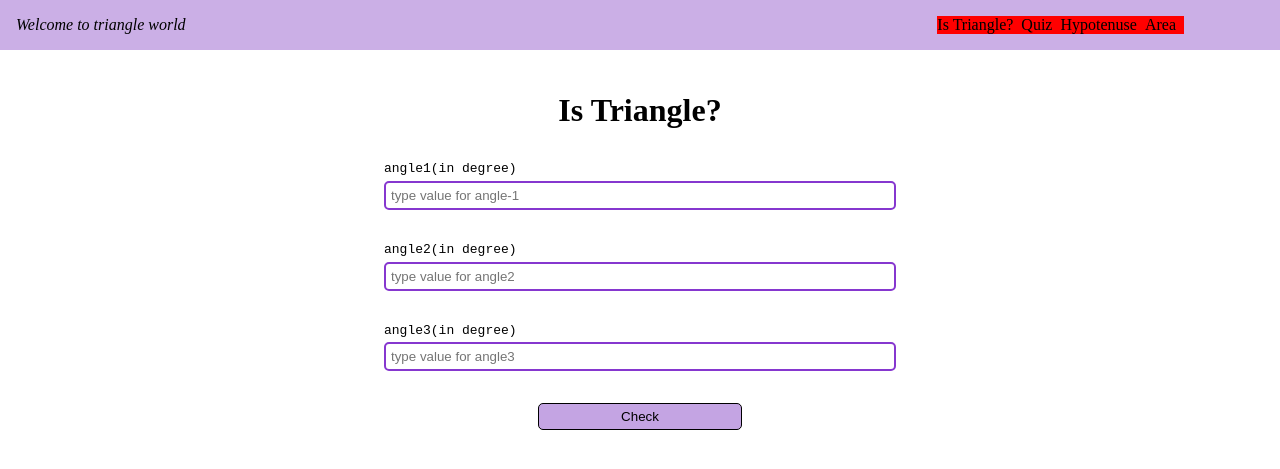
Repository: patelamancode/Fun-with-trianles
Page: index.html
The author's editor kept a copy of each file at every save. The page is drawn from the files as they stood at one save, then again after the next save.
The browser window is 1280 px wide. The pictures show the whole page.

Above is the page before, as saved 2022-11-28 15:58:17.

After the next save:
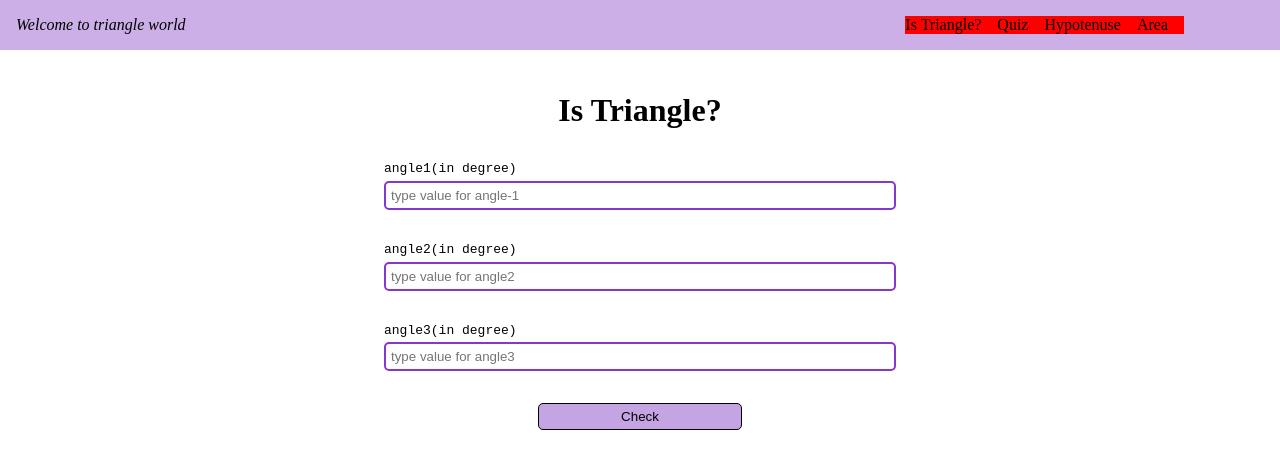
Saved 10 s later.
--- a/index.css
+++ b/index.css
@@ -25,7 +25,7 @@
 
 #nav-links p {
     display: flex;
-    margin-right: 0.5rem;
+    margin-right: 1rem;
 }
 
 #main-container {
